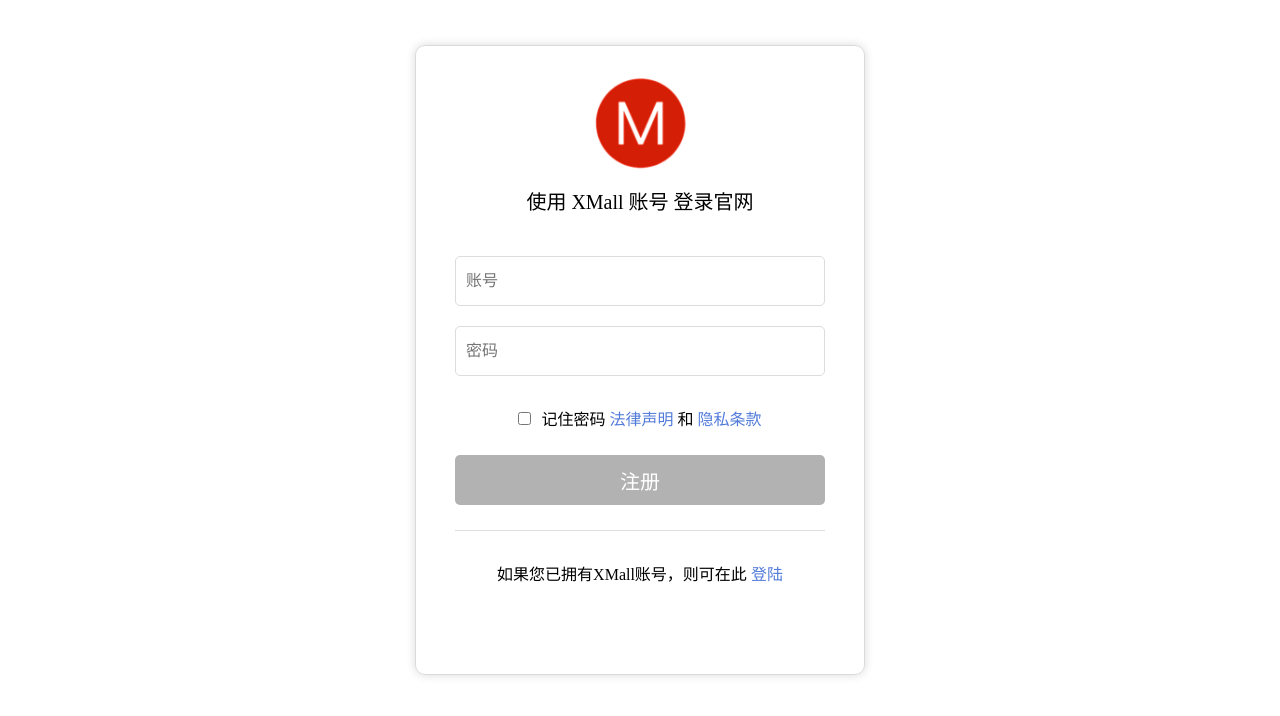
Repository: dingqihui1997/xmall-demo
Page: /signin
The author's editor kept a copy of each file at every save. The page is drawn from the files as they stood at one save, then again after the next save.
The browser window is 1280 px wide. The pictures show the whole page.
The project was rebuilt for these pictures with package versions that can differ from the ones it lists, and the page was loaded fresh each time. Also part of the build but not shown: vue.config.js, src/views/Home.vue.

Above is the page before, as saved 2021-06-29 17:42:28.

### src/main.js
import Vue from 'vue'
import App from './App.vue'
import router from './router'
import store from './store'
import ElementUI from 'element-ui';
import 'element-ui/lib/theme-chalk/index.css';
Vue.use(ElementUI);
Vue.config.productionTip = false

new Vue({
  router,
  store,
  render: h => h(App)
}).$mount('#app')

### src/App.vue
<template>
  <div id="app">
    <router-view />
  </div>
</template>

<style lang="scss">
@import "./styles/common";
@import "./styles/ui";
</style>

### src/router/index.js
import Vue from 'vue'
import VueRouter from 'vue-router'
import Home from '../views/Home.vue'

Vue.use(VueRouter)

const routes = [
  {
    path: '/',
    name: 'Home',
    component: Home
  },
  {//登录
    path: '/signin',
    name: 'Signin',
    component: () => import('../components/signin/Signin.vue')
  },
  {//注册
    path: '/register',
    name: 'Register',
    component: () => import('../components/register/Register.vue')
  },


]

const router = new VueRouter({
  mode: 'history',
  base: process.env.BASE_URL,
  routes
})

export default router

### src/styles/common.scss
 * {
     margin: 0;
     padding: 0;
 }

 .center {
     //居中显示
     margin: auto;
     position: absolute;
     top: 0;
     bottom: 0;
     left: 0;
     right: 0;
 }

 * {
     box-sizing: border-box;
 }

 .wi100 {
     width: 100%;
 }

 .hei100 {
     height: 100%;
 }

 .pflex {
     position: fixed;
     /* 固定定位 */
 }

 .flex {
     display: flex;
 }

 .flex-wrap {
     /* 子元素换行排列 */
     display: flex;
     flex-wrap: wrap;
     align-items: center;
 }

 .flex-j {
     display: flex;
     justify-content: center;
     /* 水平方向居中 */
 }

 .flex-a {
     display: flex;
     align-items: center;
     /* 垂直方向居中 */
 }

 .flex-ja {
     /* felx-ja 垂直水平方向居中 */
     display: flex;
     align-items: center;
     justify-content: center;
 }

 .flex-sb {
     /* flex-sb 子元素两边排列 */
     display: flex;
     justify-content: space-between;
 }

 .flex-sba {
     /* flex-sb 子元素两边排列 bing居中 */
     display: flex;
     justify-content: space-between;
     align-items: center;
 }

 .flex-d {
     /* z子元素竖向排列 */
     display: flex;
     flex-direction: column;
 }

 .flex-di {
     /* 子元素竖向排列并居中 */
     display: flex;
     flex-direction: column;
     align-items: center;
 }

 .flex-dj {
     /* 子元素竖向排列并居中 */
     display: flex;
     flex-direction: column;
 }

 .flex-dji {
     /* 子元素竖向排列并水平垂直居中 */
     display: flex;
     flex-direction: column;
     align-items: center;
     justify-content: center;
 }

 .pad-t10 {
     padding-top: 10px;
 }

 .pad-t15 {
     padding-top: 15px;
 }

 .margin-r55 {
     margin-right: 55px;
 }

 .marginauto {
     margin: 0 auto;
 }

 .img100 {
     width: 100%;
     height: 100%;
 }

 .img50 {
     width: 50%;
     height: 50%;
 }

 .imgh100 {
     height: 100%;
 }

 .img45 {
     width: 45%;
     height: 45%;
 }

 .img80 {
     width: 80%;
     height: 80%;
 }

 .font20 {
     font-size: 20px;
 }

 .font18 {
     font-size: 18px;
 }

 .font16 {
     font-size: 16px;
 }

 .font14 {
     font-size: 14px;
 }

 .font12 {
     font-size: 12px;
 }

 .flex1 {
     flex: 1;
 }

 .flex2 {
     flex: 1.5;
 }

 .color30 {
     color: #000000;
 }

 .color3f {
     /* 白色 */
     color: #fff;
 }

 .margin-t10 {
     margin-top: 10px;
 }

 .margin-t5 {
     margin-top: 5px;
 }

 .margin-t20 {
     margin-top: 20px;
 }

 .margin-r5 {
     margin-right: 5px;
 }

 .margin-r15 {
     margin-right: 15px;
 }

 .margin-r10 {
     margin-right: 10px;
 }

 .margin-r20 {
     margin-right: 20px;
 }

 .margin-r30 {
     margin-right: 30px;
 }

 .margin-l10 {
     margin-left: 10px;
 }

 .margin-l20 {
     margin-left: 20px;
 }

 .margin-b10 {
     margin-bottom: 10px;
 }

 .text-de {
     /* 有下划线 */
     text-decoration: underline;
 }

 .text-li {
     text-decoration: line-through;
     /* 删除线 */
 }

 .font-w7 {
     /* 加粗 */
     font-weight: 700;
 }

 .fontstyle-i {
     /* 斜体 */
     font-style: italic;
 }

 .shuoming {
     position: relative;
     top: 55px
 }

 .textr {
     text-align: right;
 }

### src/styles/ui.scss
.login {
    .el-input__inner {
        width: 370px;
        height: 50px;
    }

    .el-input__suffix {
        position: absolute;
        right: 50px;
    }

    .el-input {
        position: relative;
    }
}

### src/components/signin/Signin.vue
<template>
  <!-- 登录页面 -->
  <div class="one">
    <div class="box center flex-d login">
      <div class="top">
        <div class="flex-ja"><img src="../../assets/log1.png" alt="" /></div>
        <div class="flex-ja">使用 XMall 账号 登录官网</div>
      </div>
      <!-- 账号 -->
      <div class="flex-ja name">
        <input type="text" placeholder="账号" class="ipt" v-model="username" />
      </div>
      <!-- 密码 -->
      <div class="flex-ja name">
        <input
          type="password"
          placeholder="密码"
          class="ipt"
          v-model="password"
        />
      </div>
      <div class="flex-ja choice">
        <input type="checkbox" class="inpt" v-model="checked" />
        记住密码<span>&nbsp;法律声明&nbsp;</span>和<span>&nbsp;隐私条款</span>
      </div>
      <div class="flex-ja regis">
        <!-- 动态绑定属性，最先是true禁用状态 -->
        <button
          :disabled="flag"
          :class="{ back: flag === false }"
          @click="goto"
        >
          注册
        </button>
      </div>
      <div class="flex-ja">
        <div class="bottom flex-ja">
          如果您已拥有XMall账号，则可在此<span>&nbsp;登陆</span>
        </div>
      </div>
    </div>
  </div>
</template>

<script>
import axios from "axios";
export default {
  name: "",
  props: {},
  data() {
    return {
      username: "",
      password: "",
      Repeat: "",
      flag: true, //最开始禁用按钮
      checked: false,
    };
  },
  components: {},
  methods: {
    goto() {
      if (this.checked === false) {
        this.$message.error("您未勾选同意我们的相关注册协议");
      }
      if (this.password !== this.Repeat) {
        this.$message.error("两次输入的密码不相同");
      }
      if (this.password === this.Repeat && this.checked === true) {
        axios
          .post("/api/users/register", {
            username: this.username,
            password: this.password,
          })
          .then((res) => {
            console.log(res);
          })
          .catch((err) => {
            console.log("请求失败", err);
          });
      }
    },
  },
  mounted() {},
  computed: {},
  watch: {
    username(val) {
      this.username = val;
    },
    password(val) {
      this.password = val;
    },
    Repeat(val) {
      //账号和密码都输入了内容后，然后就不禁用button
      this.Repeat = val;
      if (this.username !== "" && this.password !== "" && val !== "") {
        this.flag = false;
        // console.log(val);
      } else {
        this.flag = true;
      }
    },
  },
};
</script>

<style lang='scss' scoped>
.box {
  width: 450px;
  height: 630px;
  border: 1px solid #dadada;
  border-radius: 10px;
  box-shadow: 0 0 10px #dadada;
}
.one {
  height: 100vh;
}
.top {
  height: 200px;
  font-size: 20px;
  //   margin-bottom: 35px;
  padding-top: 25px;
}
.top img {
  margin-bottom: 10px;
}
.ipt {
  width: 370px;
  height: 50px;
  outline: none;
  border: 1px #dcdcdc solid;
  border-radius: 5px;
  padding-left: 10px;
  font-size: 16px;
}
button {
  margin: 25px 0px;
  width: 370px;
  height: 50px;
  border-radius: 5px;
  border: none;
  color: #fff;
  font-size: 20px;
  background-color: #b2b2b2; //最开始设置成灰色背景颜色
}

span {
  color: #527bd9;
}

.name {
  margin-top: 10px;
  margin-bottom: 10px;
  text-align: center;
}
.choice {
  margin-top: 20px;
}
.regis {
  padding: 0 35px;
}
.inpt {
  margin-right: 10px;
}
.bottom {
  width: 370px;
  border-top: 1px #e0e0df solid;
  padding: 30px 0;
}
.back {
  background-color: #5f86e4; //当按钮不禁用的时候就显示蓝色，然后添加hover的效果
  &:hover {
    background-color: #6283cf;
  }
}
</style>

Loaded but not shown: public/index.html (common file); src/store/index.js (common file)

After the next save:
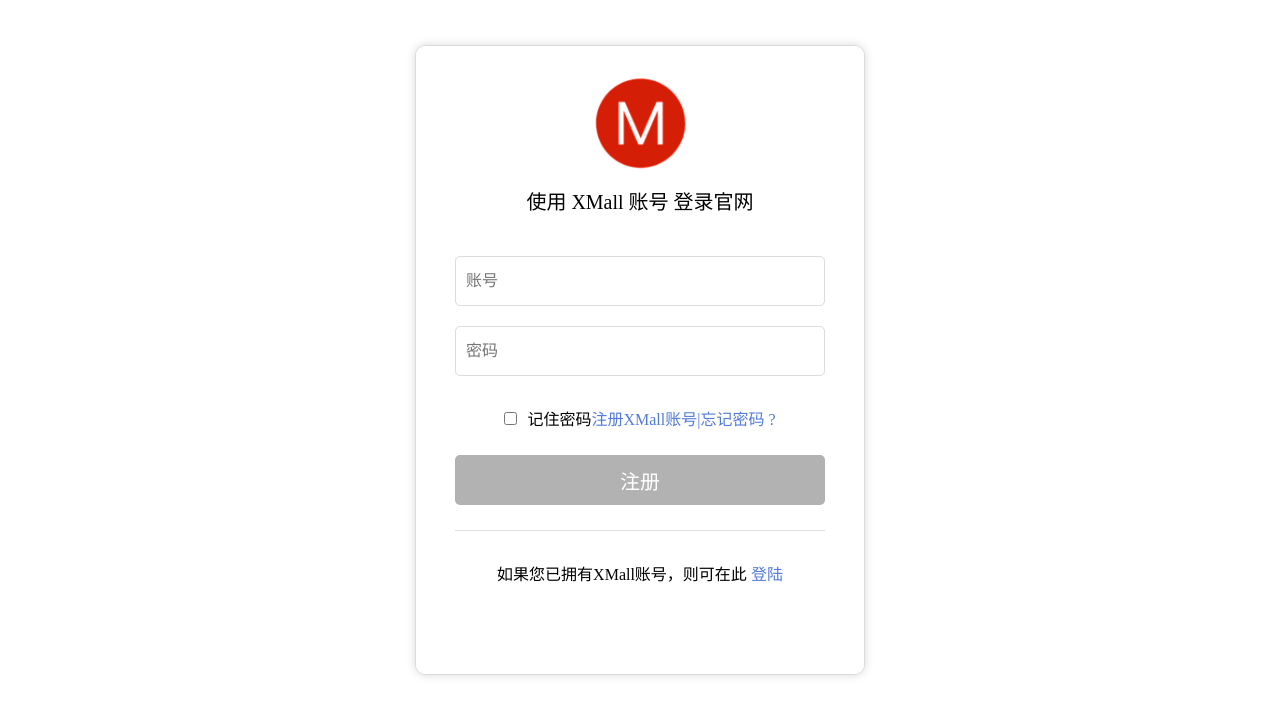
Saved 65 s later.
--- a/src/components/signin/Signin.vue
+++ b/src/components/signin/Signin.vue
@@ -21,7 +21,8 @@
       </div>
       <div class="flex-ja choice">
         <input type="checkbox" class="inpt" v-model="checked" />
-        记住密码<span>&nbsp;法律声明&nbsp;</span>和<span>&nbsp;隐私条款</span>
+        记住密码
+        <div><span>注册XMall账号|</span><span>忘记密码 ?</span></div>
       </div>
       <div class="flex-ja regis">
         <!-- 动态绑定属性，最先是true禁用状态 -->
